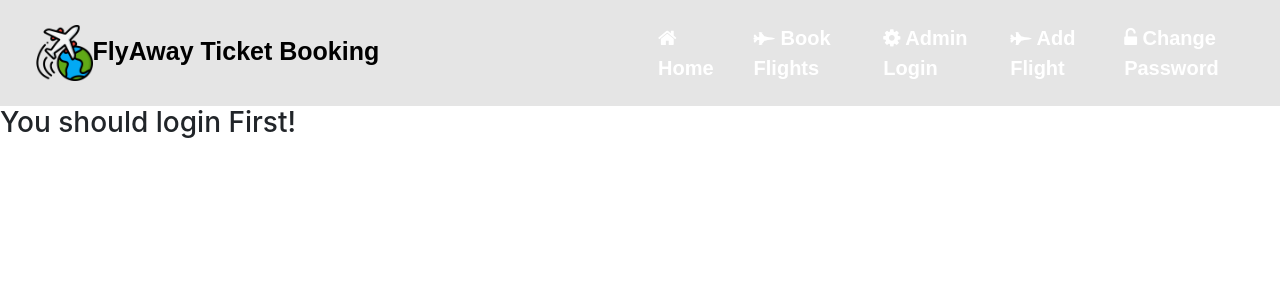
Repository: sayrabano/Phase2-project
Page: http://localhost/FlyAway/adminDashboard.jsp
These files come from the project's save history. The page is drawn as it stood at one moment and after the next save; the edit follows.
The browser window is 1280 px wide. The pictures show the whole page.
Some web fonts or font styles are not loaded; a fallback is used. The page is served by Tomcat 9.

Above is the page before, as saved 2021-09-26 12:56:00.

After the next save:
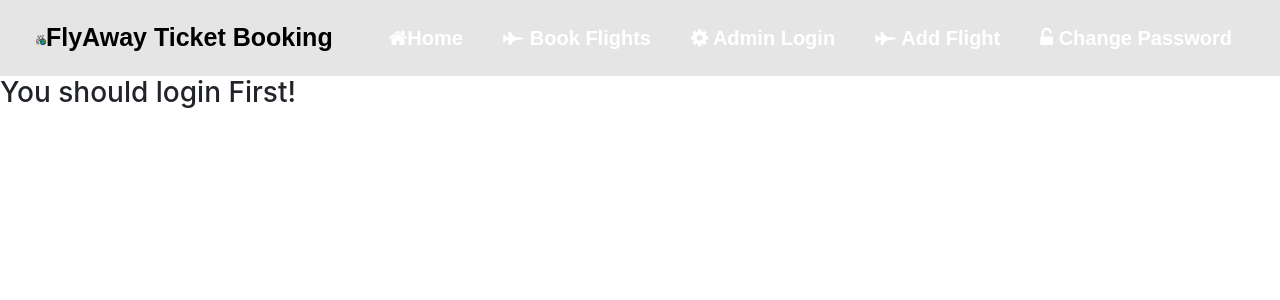
Saved 17 s later.
--- a/FlyAway/src/main/webapp/adminDashboard.jsp
+++ b/FlyAway/src/main/webapp/adminDashboard.jsp
@@ -39,7 +39,7 @@ ResultSet resultSet = null;
 
 
 
-		<a class="navbar-brand" id="tag"><img src="Images/travel.png" class="img-fluid"  width="10%">FlyAway Ticket Booking</a>
+		<a class="navbar-brand" id="tag"><img src="Images/travel.png" class="img-fluid"  width="10px">FlyAway Ticket Booking</a>
 
 
 		<div class="collapse navbar-collapse" id="navbarSupportedContent">
